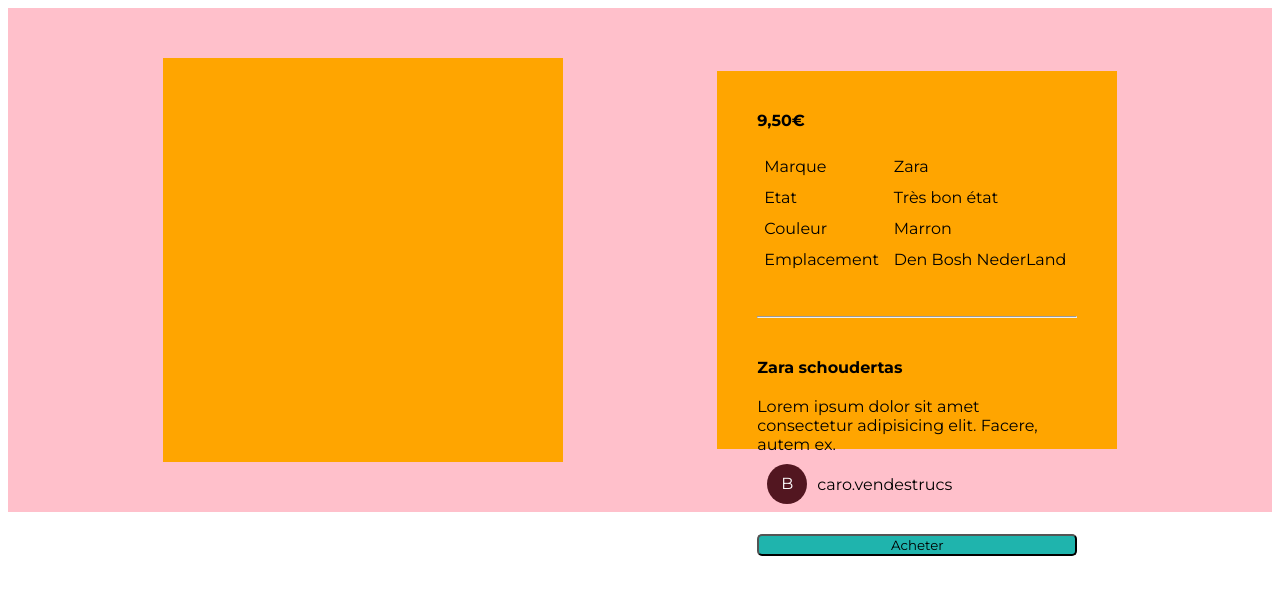
Repository: mel-in-a/vinted-front-clone
Page: html/offer.html
An editor plug-in stored every save of this project. The page is shown before and after the next save, followed by the edit.
The browser window is 1280 px wide. The pictures show the whole page.

Above is the page before, as saved 2021-07-29 16:53:53.

### html/offer.html
<!DOCTYPE html>
<html lang="en">
  <head>
    <meta charset="UTF-8" />
    <meta http-equiv="X-UA-Compatible" content="IE=edge" />
    <meta name="viewport" content="width=device-width, initial-scale=1.0" />
    <link rel="preconnect" href="https://fonts.googleapis.com" />
    <link rel="preconnect" href="https://fonts.gstatic.com" crossorigin />
    <link
      href="https://fonts.googleapis.com/css2?family=Montserrat:wght@100;200;300;400;500;600;700;800;900&display=swap"
      rel="stylesheet"
    />
    <link rel="stylesheet" href="/offer.css" />
    <title>Document</title>
  </head>
  <body>
    <div class="offer">
      <div class="left"></div>
      <div class="right">
        <div class="price">9,50€</div>

        <table>
          <tr>
            <td>Marque</td>
            <td>Zara</td>
          </tr>
          <tr>
            <td>Etat</td>
            <td>Très bon état</td>
          </tr>
          <tr>
            <td>Couleur</td>
            <td>Marron</td>
          </tr>
          <tr>
            <td>Emplacement</td>
            <td>Den Bosh NederLand</td>
          </tr>
        </table>

        <hr />
        <div class="title">Zara schoudertas</div>
        <div class="description">
          Lorem ipsum dolor sit amet consectetur adipisicing elit. Facere, autem
          ex.
        </div>
        <div class="horizontal">
          <div class="avatar">B</div>
          <div class="username">caro.vendestrucs</div>
        </div>

        <button class="btn-buy">Acheter</button>
      </div>
    </div>
  </body>
</html>

### html/offer.css
* {
  font-family: "Montserrat", sans-serif;
}
.offer {
  width: 100%;
  display: flex;
  background-color: pink;
  height: 70vh;
  justify-content: space-evenly;
  align-items: center;
  flex-shrink: 0;
}

.offer .left,
.offer .right {
  width: 400px;
  background-color: orange;
}
.offer .left {
  height: 80%;
}
.offer .right {
  height: 75%;
  padding: 40px;
  box-sizing: border-box;
}

.offer .horizontal {
  display: flex;
  flex-direction: row;
  /* justify-content: space-between; */
  align-items: center;
}

.offer table {
  width: 100%;
}

.offer td {
  padding: 5px;
}
.offer hr {
  margin: 40px 0;
}

.offer .title {
  font-weight: 700;
  margin-bottom: 20px;
}

.offer .price {
  font-weight: 700;
  margin-bottom: 20px;
}

.offer .avatar {
  width: 40px;
  height: 40px;
  border-radius: 50%;
  margin: 10px;
  background-color: rgb(82, 22, 32);
  text-align: center;

  color: white;
  vertical-align: middle;
  line-height: 40px;
}

.offer .btn-buy {
    margin-top: 20px;
    border-radius:5px;
    background-color: rgb(31, 180, 173);
    width:100%;
}

After the next save:
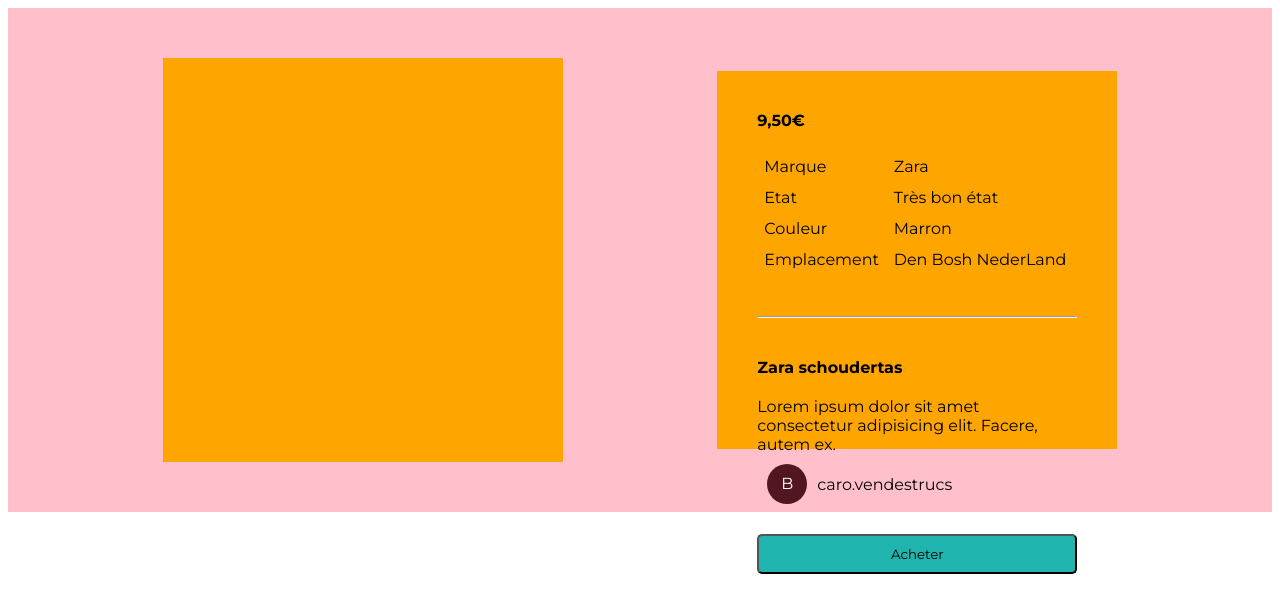
Saved 8 s later.
--- a/html/offer.css
+++ b/html/offer.css
@@ -71,4 +71,5 @@
     border-radius:5px;
     background-color: rgb(31, 180, 173);
     width:100%;
+    padding: 10px
 }
